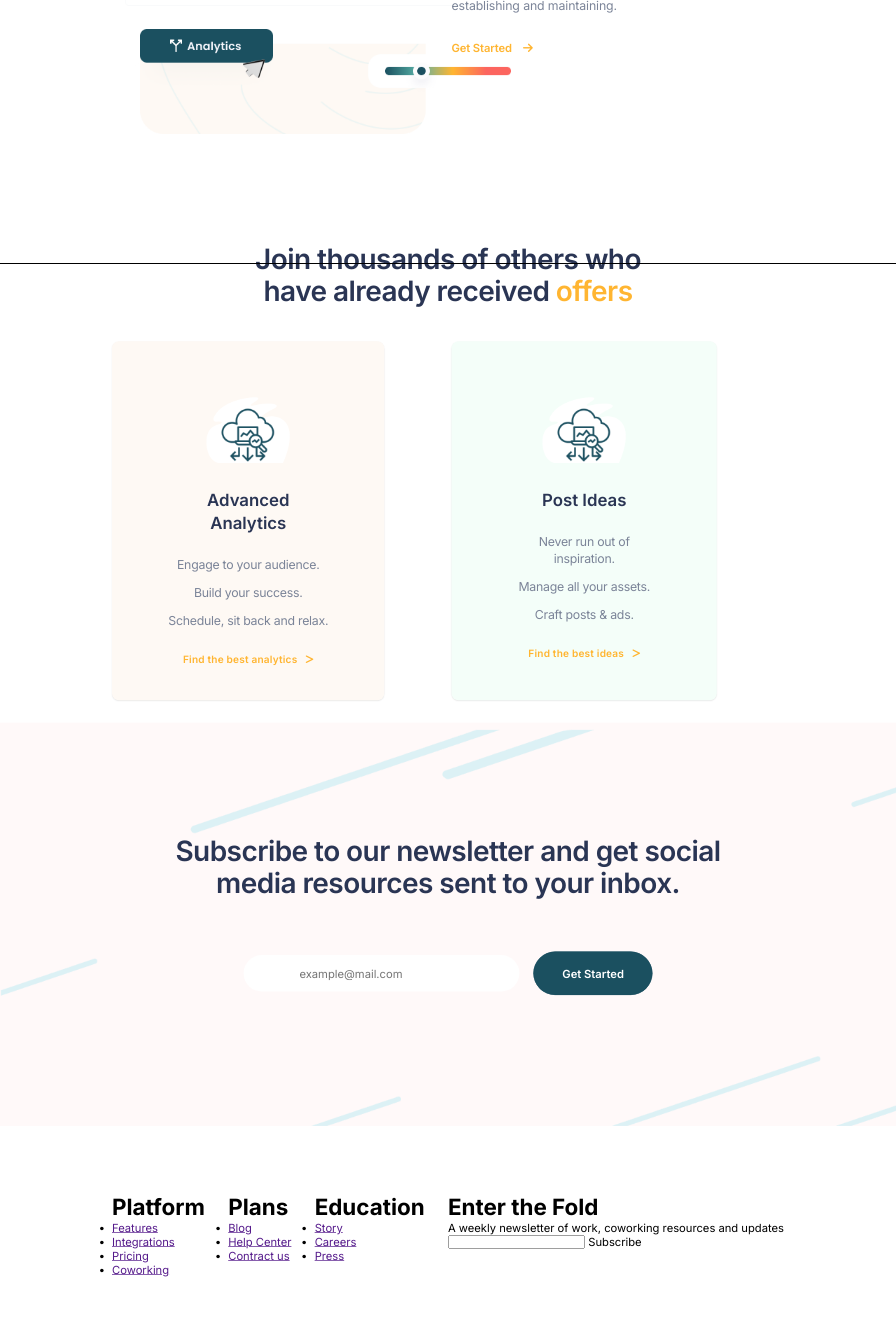
Repository: badhon252/Clickbay
Page: index.html
These files come from the project's save history. The page is drawn as it stood at one moment and after the next save; the edit follows.
The browser window is 1280 px wide. The pictures show the part of the page from y = 2528 to 4448 px (the page is 4448 px tall before and 4439 px after), at 70% of full size.
The style sheet was rebuilt from its Sass, Less or Tailwind sources for each picture, by a compiler version that may differ from the author's.

Above is the page before, as saved 2022-09-05 19:31:15.

After the next save:
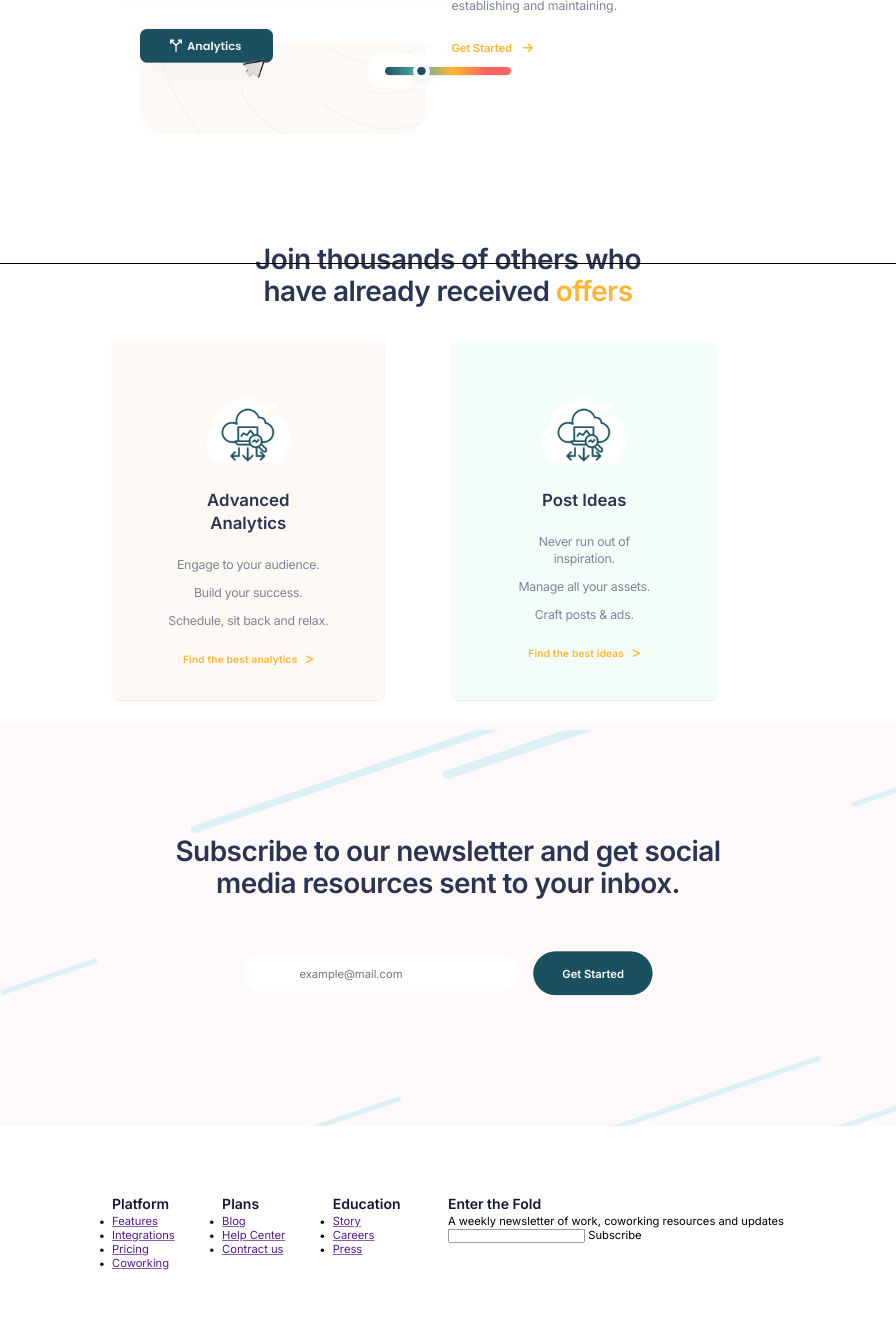
Saved 69 s later.
--- a/scss/style.scss
+++ b/scss/style.scss
@@ -408,4 +408,13 @@ header {
 
 .footer {
   margin: 6rem 10rem;
-}
+  h1 {
+    font-weight: 600;
+    font-size: 20px;
+    line-height: 30px;
+
+    /* identical to box height */
+
+    color: #12163c;
+  }
+}
